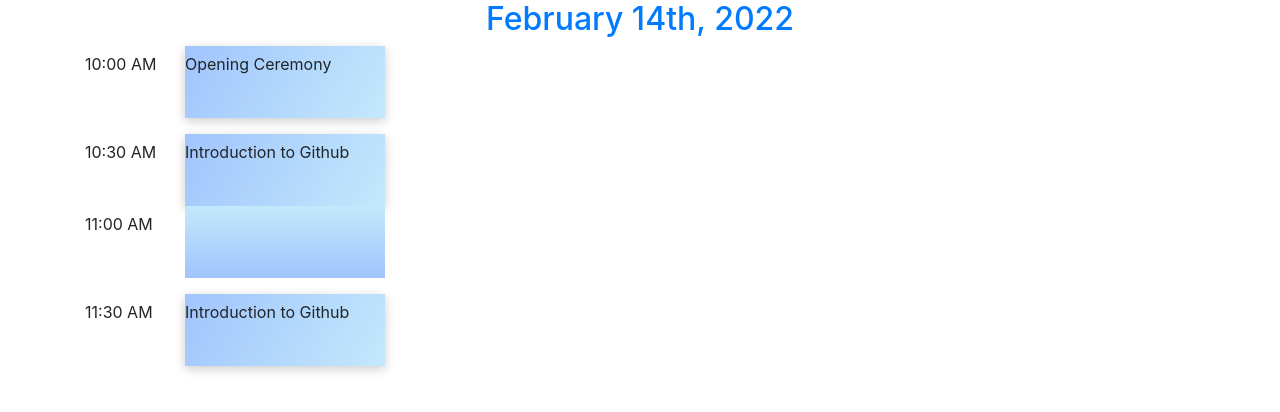
Repository: BaileyLuu/yuHacks2022
Page: public/schedule.html
These files come from the project's save history. The page is drawn as it stood at one moment and after the next save; the edit follows.
The browser window is 1280 px wide. The pictures show the whole page.
Some web libraries are served in a nearby version.

Above is the page before, as saved 2021-11-20 13:20:09.

After the next save:
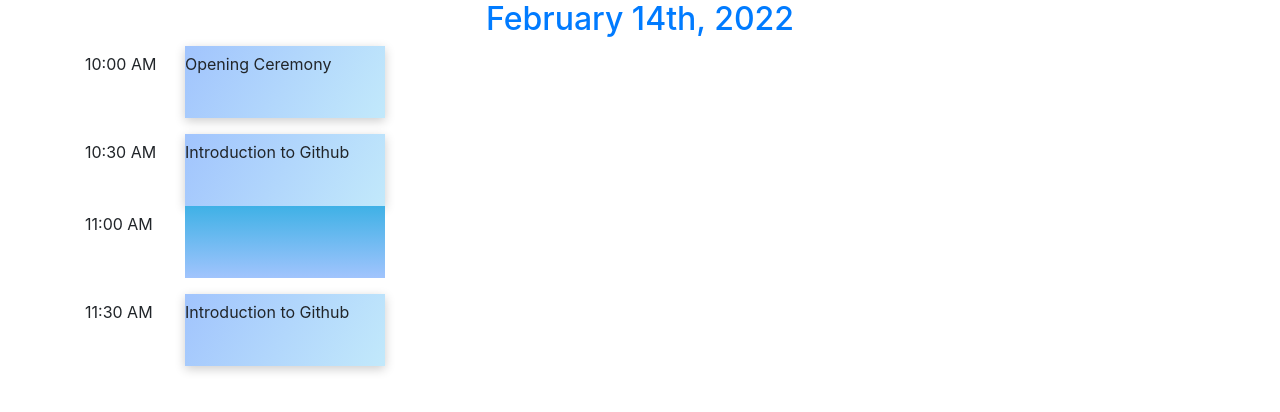
Saved 16 s later.
--- a/public/schedule.css
+++ b/public/schedule.css
@@ -19,7 +19,7 @@
   flex-wrap: wrap;
 }
 .extra-time{
-  background-image: linear-gradient(180deg, #c2e9fb 0%, #a1c4fd 100%);
+  background-image: linear-gradient(180deg, #3fb1e6 0%, #a1c4fd 100%);
   /* box-shadow: 0 3px 10px rgb(0 0 0 / 0.2); */
   position:relative;
   flex-wrap: wrap;
